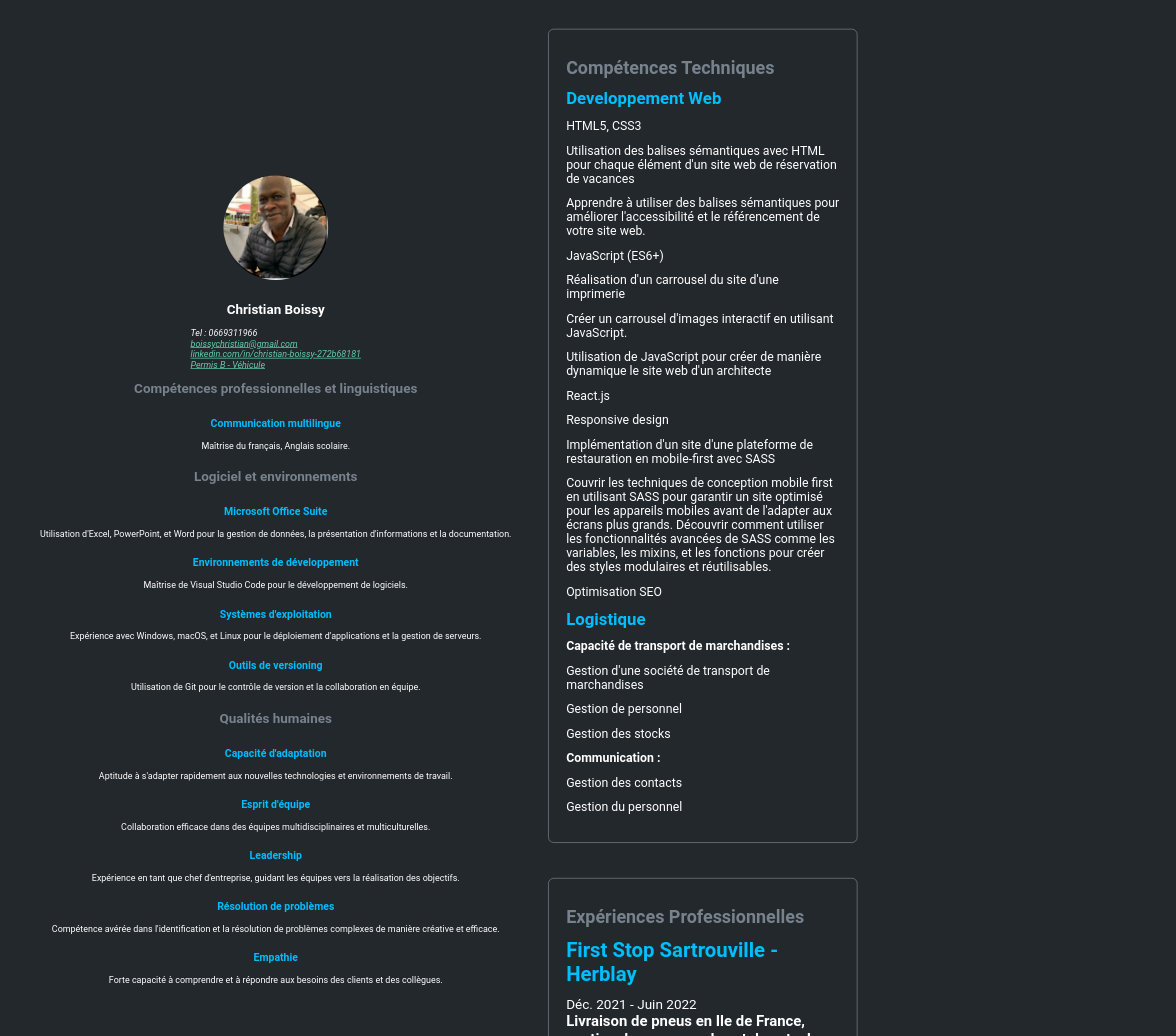
Repository: Christian121966/cv-logistique
Page: /
These files come from the project's save history. The page is drawn as it stood at one moment and after a run of saves; the edit follows.
The browser window is 1280 px wide. The page is 1680 px wide, so the pictures cover 1680 px, including what lies to the right of the window. The pictures show the part of the page from y = 493 to 1973 px (the page is 2627 px tall before and 2702 px after), at 70% of full size.
The project was rebuilt for these pictures with package versions that can differ from the ones it lists, and the page was loaded fresh each time.

Above is the page before, as saved 2024-07-27 19:13:40.

After the next 3 saves:
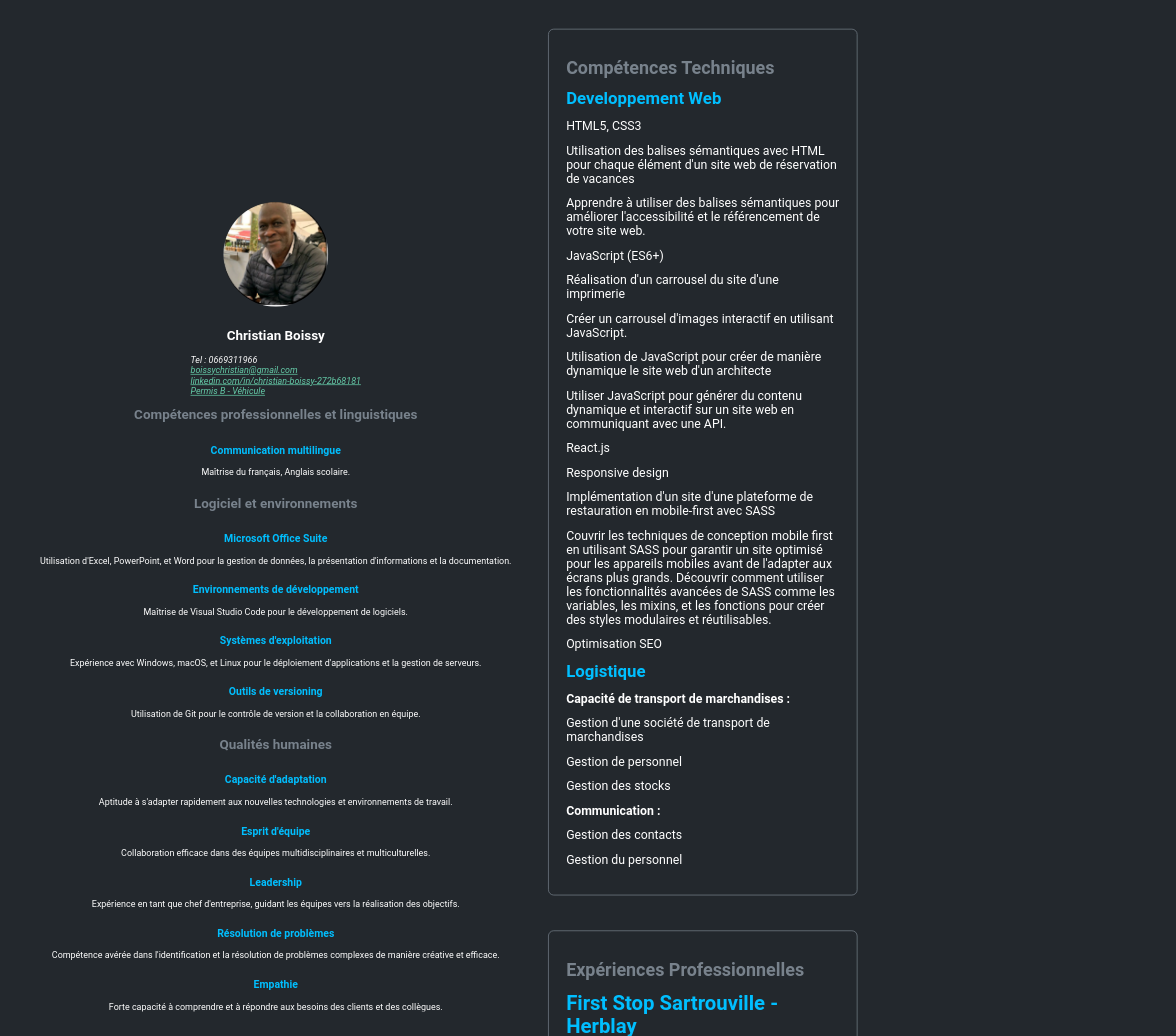
The 3 saves are shown as one change because 2 did not build or start.
The last was saved 57 s later.
--- a/src/data/cvData.js
+++ b/src/data/cvData.js
@@ -21,7 +21,7 @@ const cvData = {
         "Réalisation d'un carrousel du site d'une imprimerie",
         "Créer un carrousel d'images interactif en utilisant JavaScript.",
         "Utilisation de JavaScript pour créer de manière dynamique le site web d'un architecte",
-
+        "Utiliser JavaScript pour générer du contenu dynamique et interactif sur un site web en communiquant avec une API.",
         "React.js",
         "Responsive design",
         "Implémentation d'un site d'une plateforme de restauration en mobile-first avec SASS",
